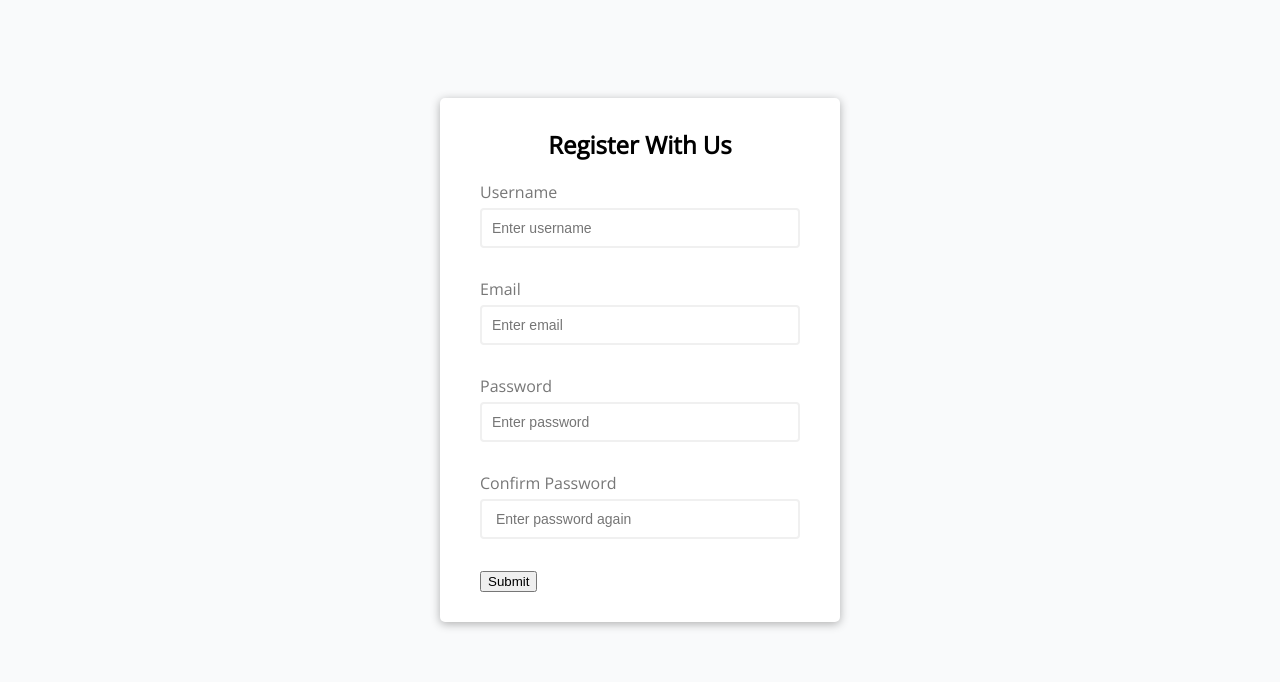
Repository: Youvelop/formValidator
Page: index.html
These files come from the project's save history. The page is drawn as it stood at one moment and after the next save; the edit follows.
The browser window is 1280 px wide. The pictures show the whole page.

Above is the page before, as saved 2020-06-25 18:59:35.

After the next save:
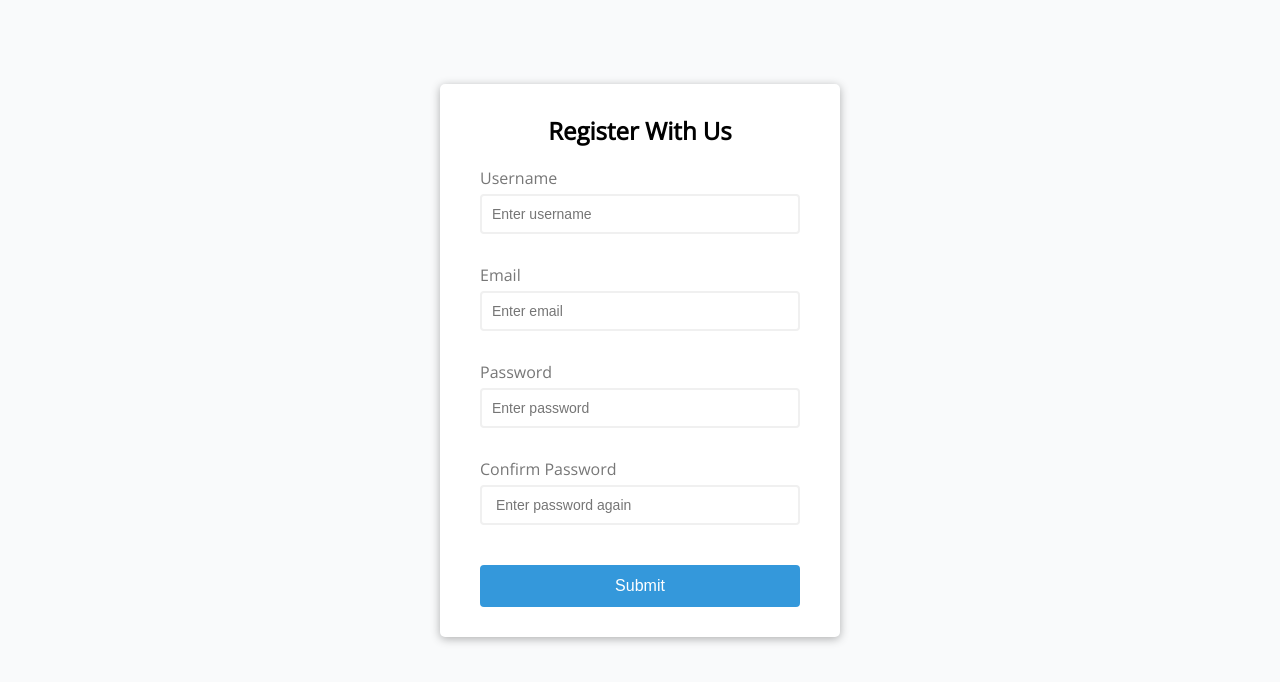
Saved 2 min 9 s later.
--- a/style.css
+++ b/style.css
@@ -78,5 +78,18 @@ h2 {
 }
 
 .form-control.error small {
-  visbiblity: visible;
+  visibility: visible;
 }
+
+.form button {
+  cursor: pointer;
+  background-color: #3498db;
+  border: 2px solid #3498db;
+  border-radius: 4px;
+  color: #fff;
+  display: block;
+  font-size: 16px;
+  padding: 10px;
+  margin-top: 20px;
+  width: 100%;
+}
